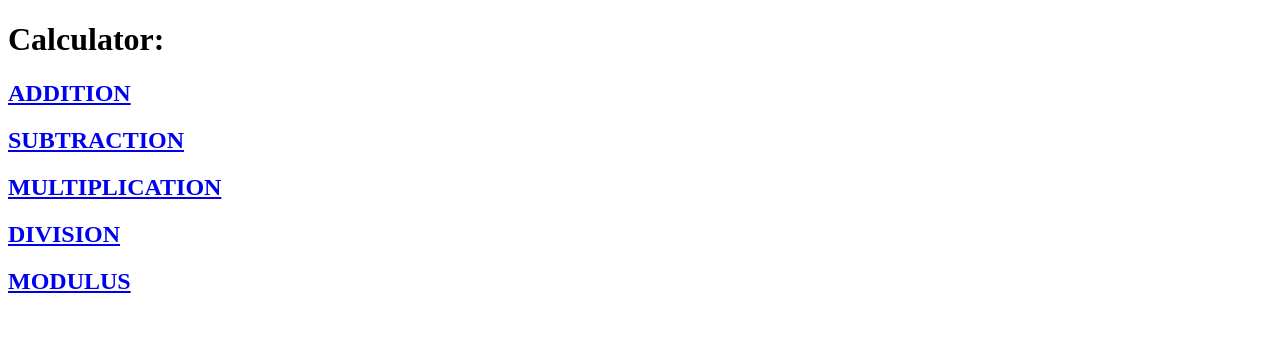
Repository: Dhirajkumar02/Advance-Java--J2EE-
Page: ServletProject_Calculator_App/src/main/webapp/index.html
An editor plug-in stored every save of this project. The page is shown before and after the next save, followed by the edit.
The browser window is 1280 px wide. The pictures show the whole page.

Above is the page before, as saved 2024-11-14 09:05:05.

### ServletProject_Calculator_App/src/main/webapp/index.html
<!DOCTYPE html>
<html>
<head>
<meta charset="UTF-8">
<title>Choose Options</title>
</head>
<body>
<h1>Calculator:</h1>
<h2>
<a href="Addition.html">ADDITION</a>
</h2>

<h2>
<a href="Subtraction.html">SUBTRACTION</a>
</h2>

<h2>
<a href="Multiplication.html">MULTIPLICATION</a>
</h2>

<h2>
<a href="Division.html">DIVISION</a>
</h2>

<h2>
<a href="Remainder.html">MODULUS</a>
</h2>



</body>
</html>

After the next save:
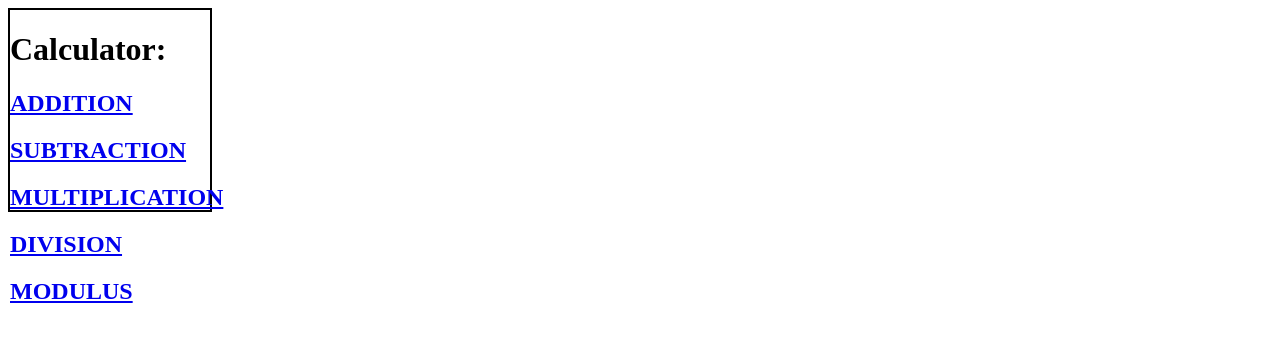
Saved 2 min 37 s later.
--- a/ServletProject_Calculator_App/src/main/webapp/index.html
+++ b/ServletProject_Calculator_App/src/main/webapp/index.html
@@ -4,7 +4,7 @@
 <meta charset="UTF-8">
 <title>Choose Options</title>
 </head>
-<body>
+<body style="border: 2px solid black; width: 200px; height: 200px;">
 <h1>Calculator:</h1>
 <h2>
 <a href="Addition.html">ADDITION</a>
